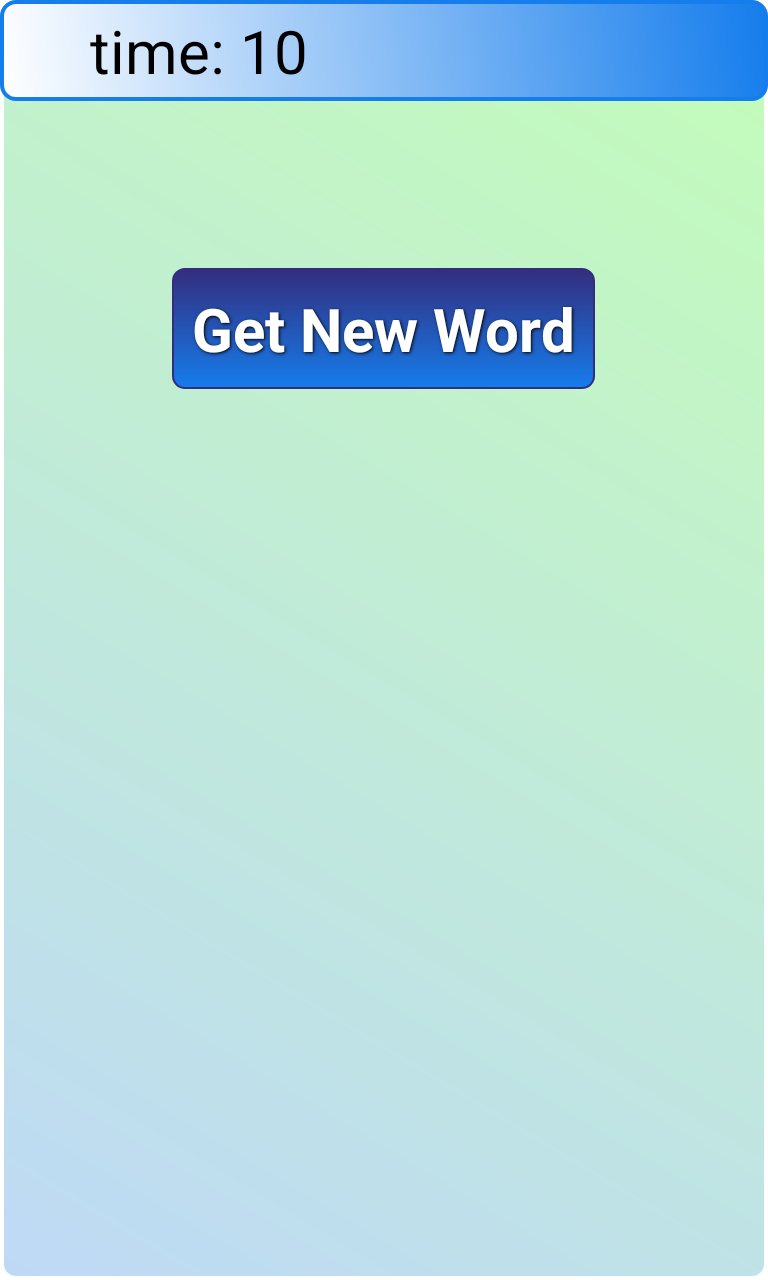
Repository: tvergilio/android
Layout: GoogleItDb/res/layout/activity_main.xml
These files come from the project's save history. The layout is drawn as it stood at one moment and after the next save; the edit follows.
It is drawn on a 768 x 1280 px phone screen (xhdpi) without system bars, with theme AppTheme; the app's code is not run. Lists and similar views that code fills are empty.

Above is the layout before, as saved 2014-02-15 23:40:19.

After the next save:
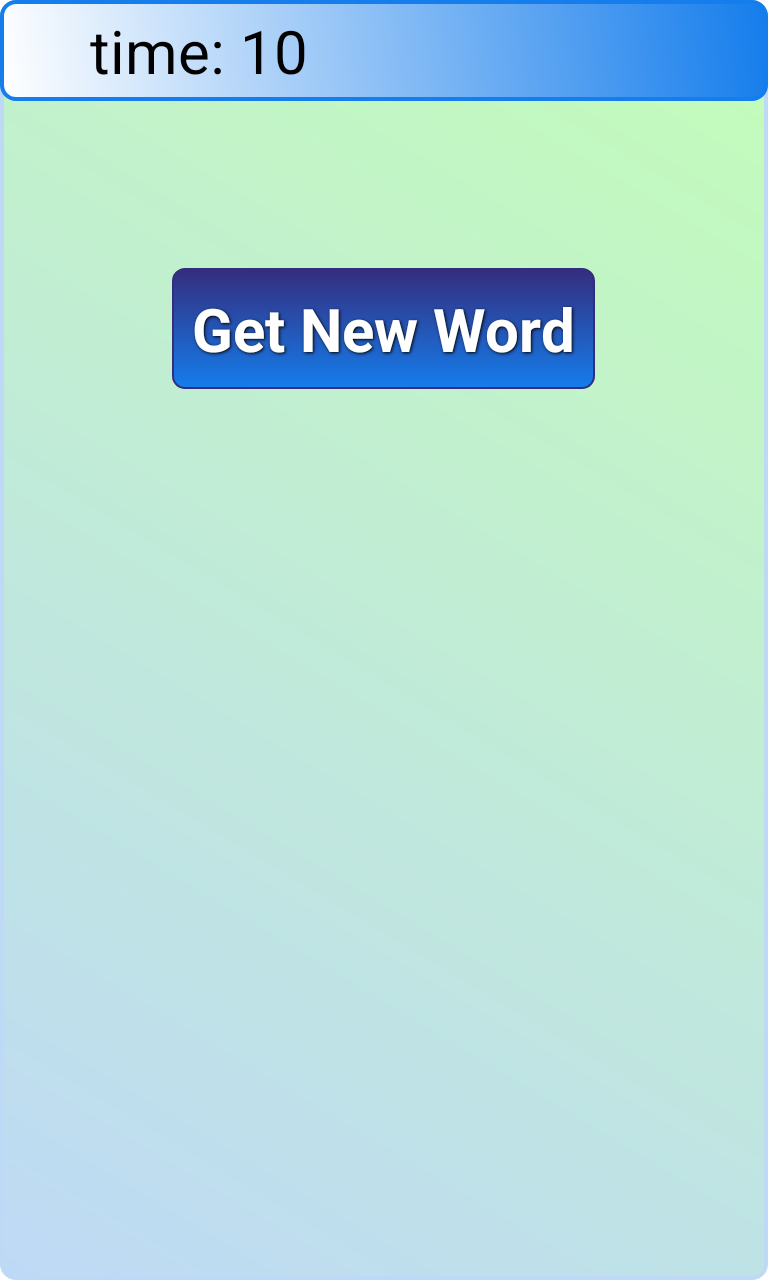
Saved 1 s later.
--- a/GoogleItDb/res/drawable-hdpi/rectangle.xml
+++ b/GoogleItDb/res/drawable-hdpi/rectangle.xml
@@ -1,7 +1,7 @@
 <?xml version="1.0" encoding="utf-8"?>
 <shape xmlns:android="http://schemas.android.com/apk/res/android"
          android:shape="rectangle">
-     <stroke android:width="2dp" android:color="@color/white" />
+     <stroke android:width="2dp" android:color="@color/pastel_blue" />
      <gradient android:startColor="@color/light_jade" android:endColor="@color/pastel_blue"
             android:angle="225"/>
 
--- a/GoogleItDb/res/drawable-hdpi/rectangle_orange.xml
+++ b/GoogleItDb/res/drawable-hdpi/rectangle_orange.xml
@@ -1,7 +1,7 @@
 <?xml version="1.0" encoding="utf-8"?>
 <shape xmlns:android="http://schemas.android.com/apk/res/android"
          android:shape="rectangle">
-     <stroke android:width="2dp" android:color="@color/white" />
+     <stroke android:width="2dp" android:color="@color/orange" />
      <gradient android:startColor="@color/orange" android:endColor="@color/white"
             android:angle="225"/>
 
